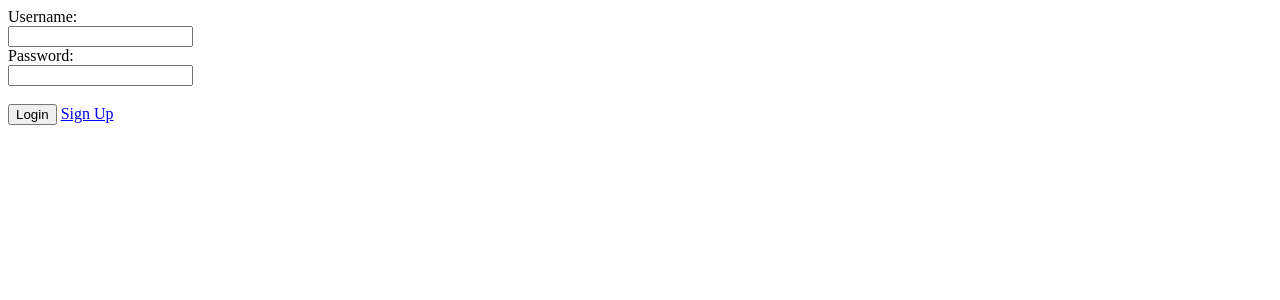
Repository: anmolvid/ServletProject
Page: LoginRegistrationApp/WebContent/index.html
These files come from the project's save history. The page is drawn as it stood at one moment and after the next save; the edit follows.
The browser window is 1280 px wide. The pictures show the whole page.

Above is the page before, as saved 2019-01-22 09:34:33.

After the next save:
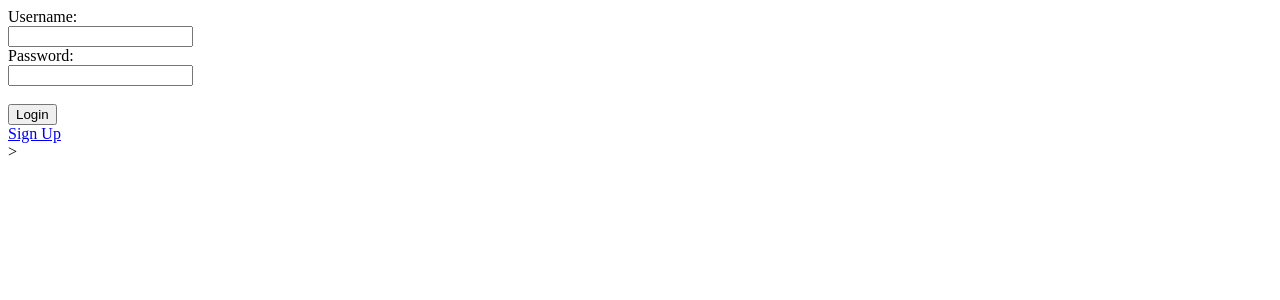
Saved 72 s later.
--- a/LoginRegistrationApp/WebContent/index.html
+++ b/LoginRegistrationApp/WebContent/index.html
@@ -14,8 +14,10 @@ Password:<br>
   <input type="text" password="password">
   <br><br>
 <button type="submit" value="Login" >Login</button>
+
+<div>
  <a href="Registration.html">Sign Up</a>
-
+  </div>>
 </form>
 </body>
 </html>
